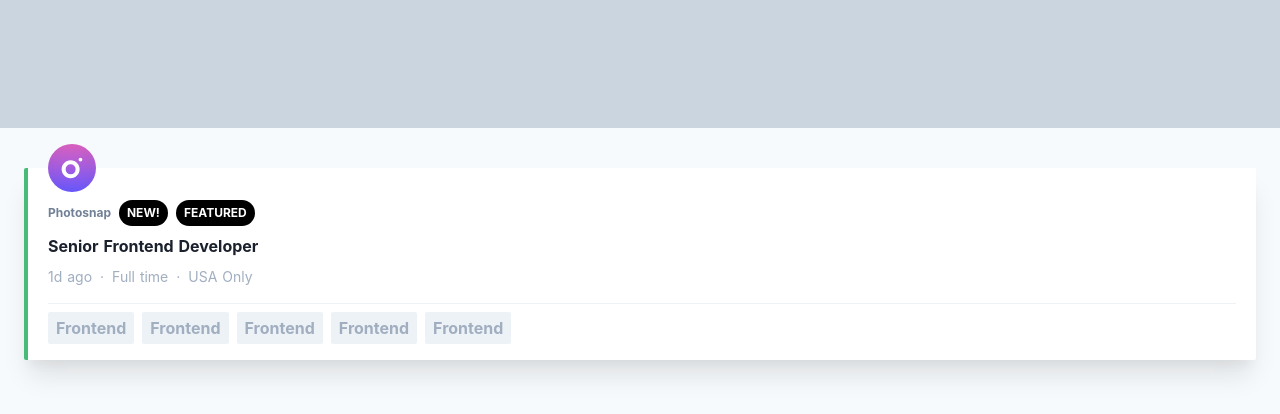
Repository: asongdon/frontendmentor-joblisting
Page: /
These files come from the project's save history. The page is drawn as it stood at one moment and after the next save; the edit follows.
The browser window is 1280 px wide. The pictures show the whole page.
The project was rebuilt for these pictures with package versions that can differ from the ones it lists, and the page was loaded fresh each time. The framework's server and built-in components were replaced by stand-ins that run in the browser. Also part of the build but not shown: nuxt.config.js.

Above is the page before, as saved 2020-04-12 21:00:47.

After the next save:
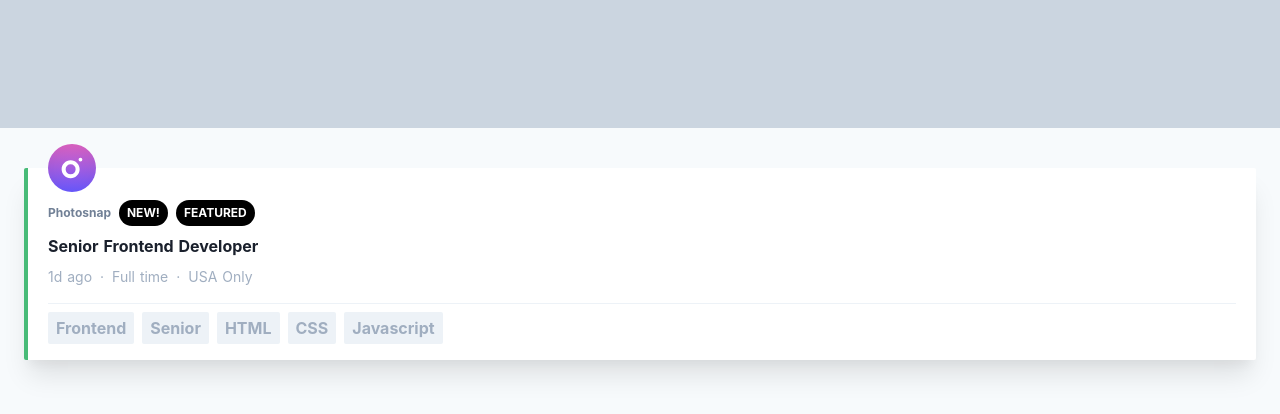
Saved 18 s later.
--- a/components/Maincard.vue
+++ b/components/Maincard.vue
@@ -31,10 +31,10 @@
 
     <div class="mt-2 flex flex-wrap justify-start">
       <div class="px-2 py-1 bg-gray-200 text-gray-500 rounded-sm font-bold mr-2 mb-4">Frontend</div>
-      <div class="px-2 py-1 bg-gray-200 text-gray-500 rounded-sm font-bold mr-2 mb-4">Frontend</div>
-      <div class="px-2 py-1 bg-gray-200 text-gray-500 rounded-sm font-bold mr-2 mb-4">Frontend</div>
-      <div class="px-2 py-1 bg-gray-200 text-gray-500 rounded-sm font-bold mr-2 mb-4">Frontend</div>
-      <div class="px-2 py-1 bg-gray-200 text-gray-500 rounded-sm font-bold mr-2 mb-4">Frontend</div>
+      <div class="px-2 py-1 bg-gray-200 text-gray-500 rounded-sm font-bold mr-2 mb-4">Senior</div>
+      <div class="px-2 py-1 bg-gray-200 text-gray-500 rounded-sm font-bold mr-2 mb-4">HTML</div>
+      <div class="px-2 py-1 bg-gray-200 text-gray-500 rounded-sm font-bold mr-2 mb-4">CSS</div>
+      <div class="px-2 py-1 bg-gray-200 text-gray-500 rounded-sm font-bold mr-2 mb-4">Javascript</div>
 
     </div>
 
